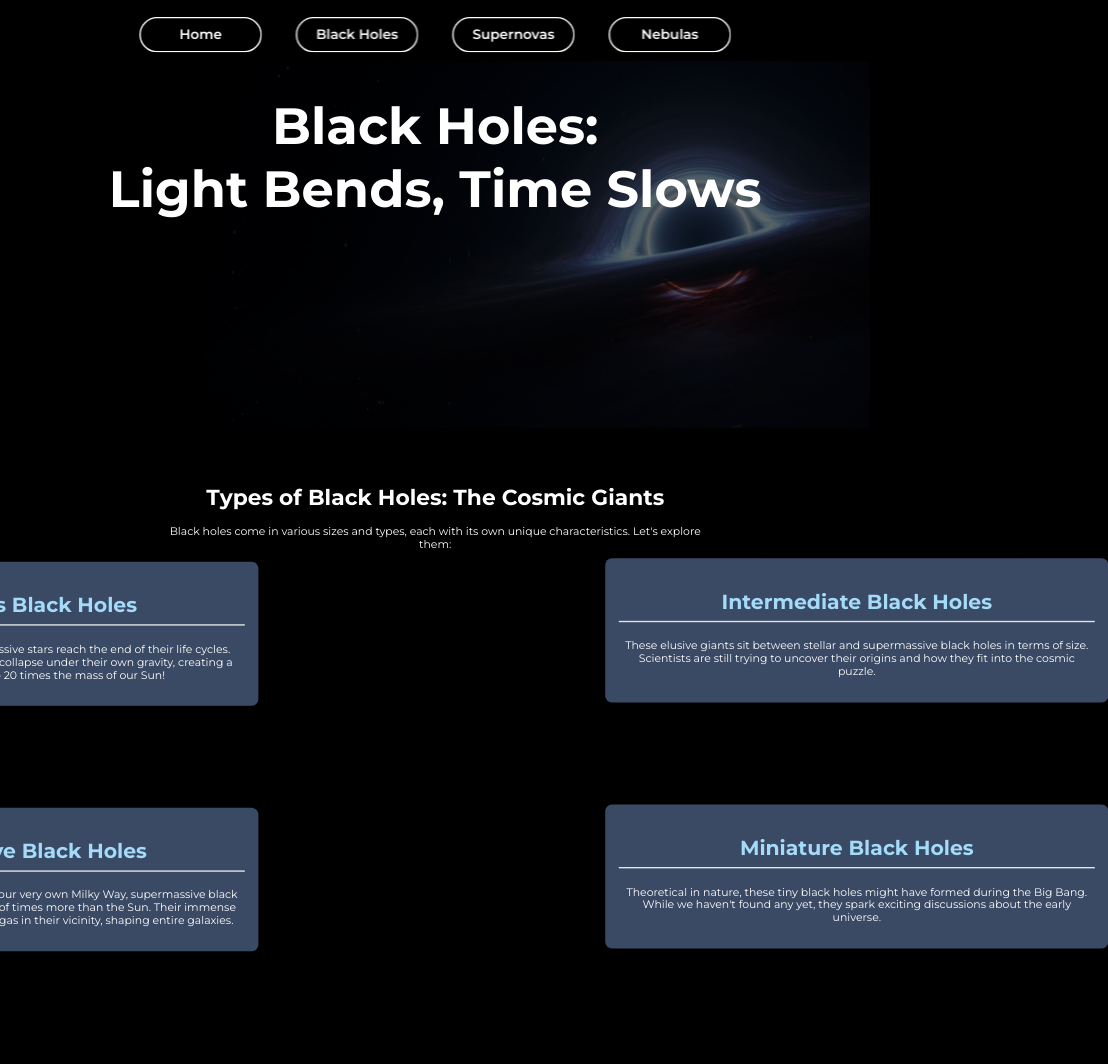
Repository: english-only/Space-Website
Page: black_hole.html
An editor plug-in stored every save of this project. The page is shown before and after the next save, followed by the edit.
The browser window is 1280 px wide. The page is 1630 px wide, so the pictures cover 1630 px, including what lies to the right of the window. The pictures show the whole page, at 68% of full size.
Backgrounds fixed to the window are drawn as part of the page.

Above is the page before, as saved 2024-12-18 23:30:15.

After the next save:
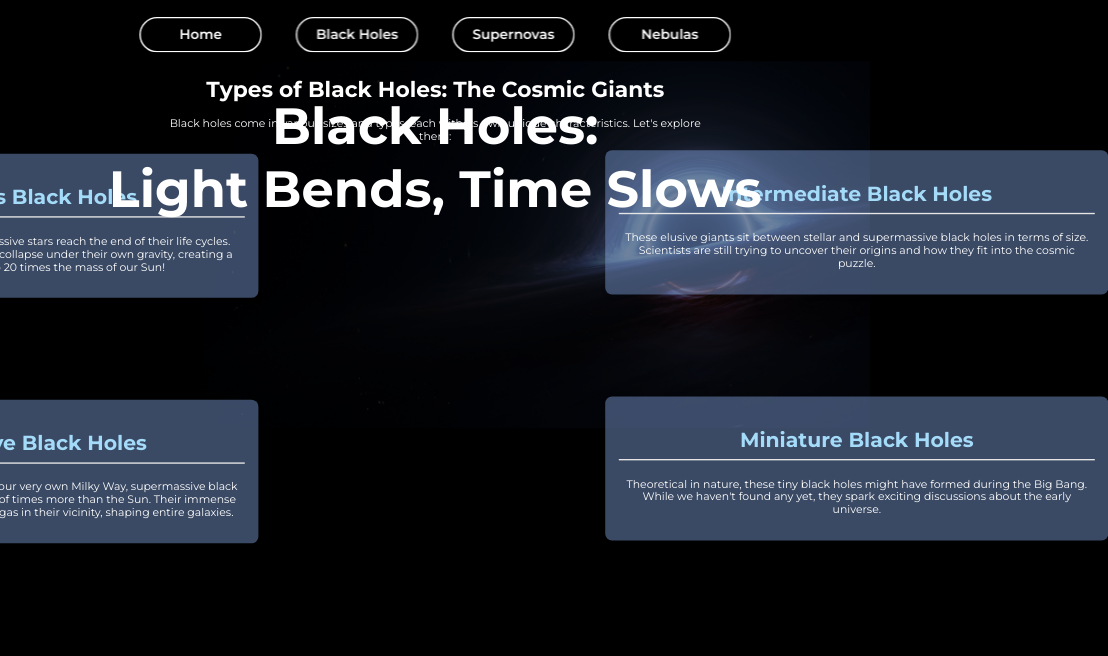
Saved 13 s later.
--- a/main.css
+++ b/main.css
@@ -48,7 +48,7 @@
   flex-direction: column;
   justify-content: flex-start; /* Align items to the top */
   align-items: center; /* Center items horizontally */
-  height: 900px;
+  height: 300px;
   position: relative;
   padding-top: 20px;
   opacity: 0; /* Start invisible */

After the save that followed:
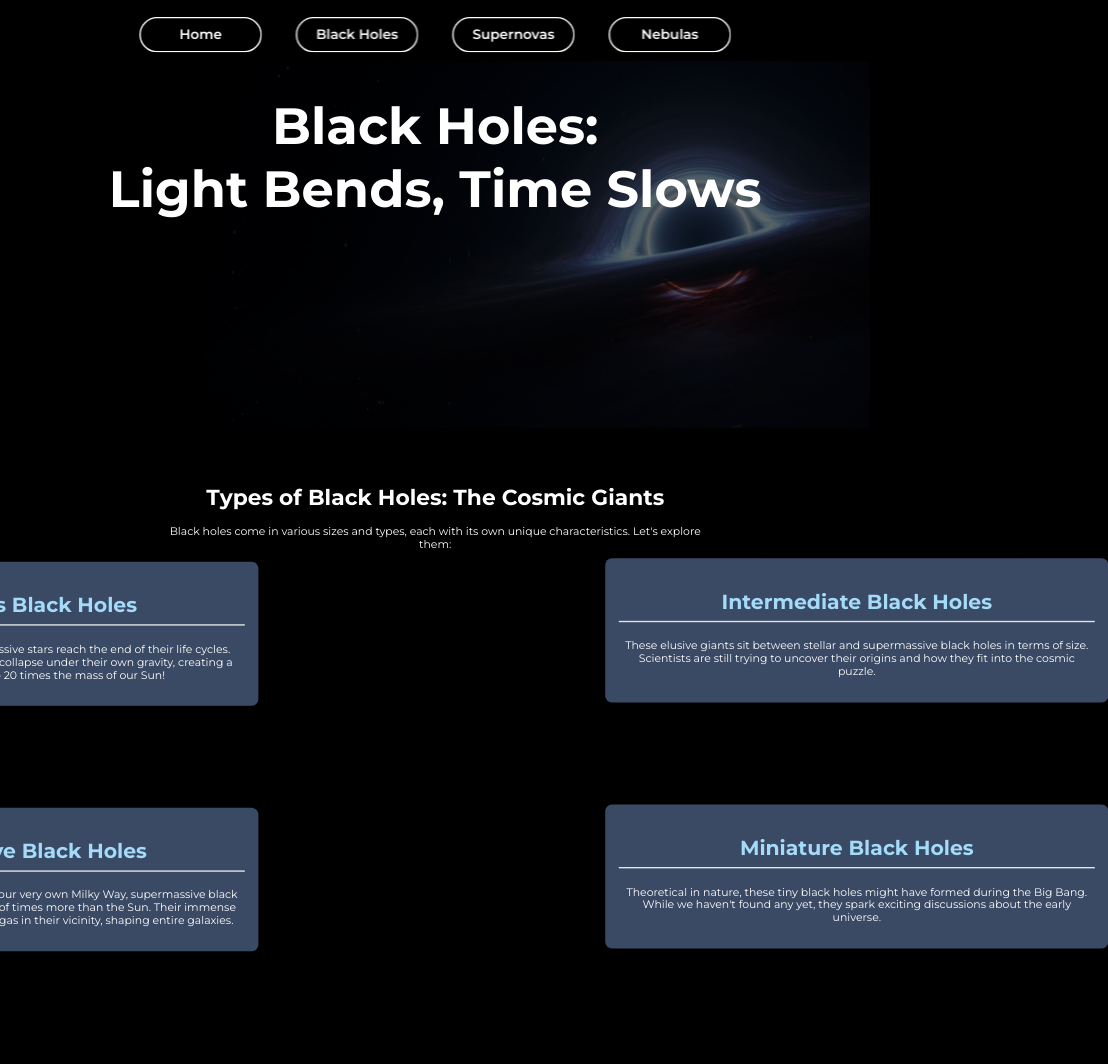
Saved 4 s later.
--- a/main.css
+++ b/main.css
@@ -48,7 +48,7 @@
   flex-direction: column;
   justify-content: flex-start; /* Align items to the top */
   align-items: center; /* Center items horizontally */
-  height: 300px;
+  height: 900px;
   position: relative;
   padding-top: 20px;
   opacity: 0; /* Start invisible */
